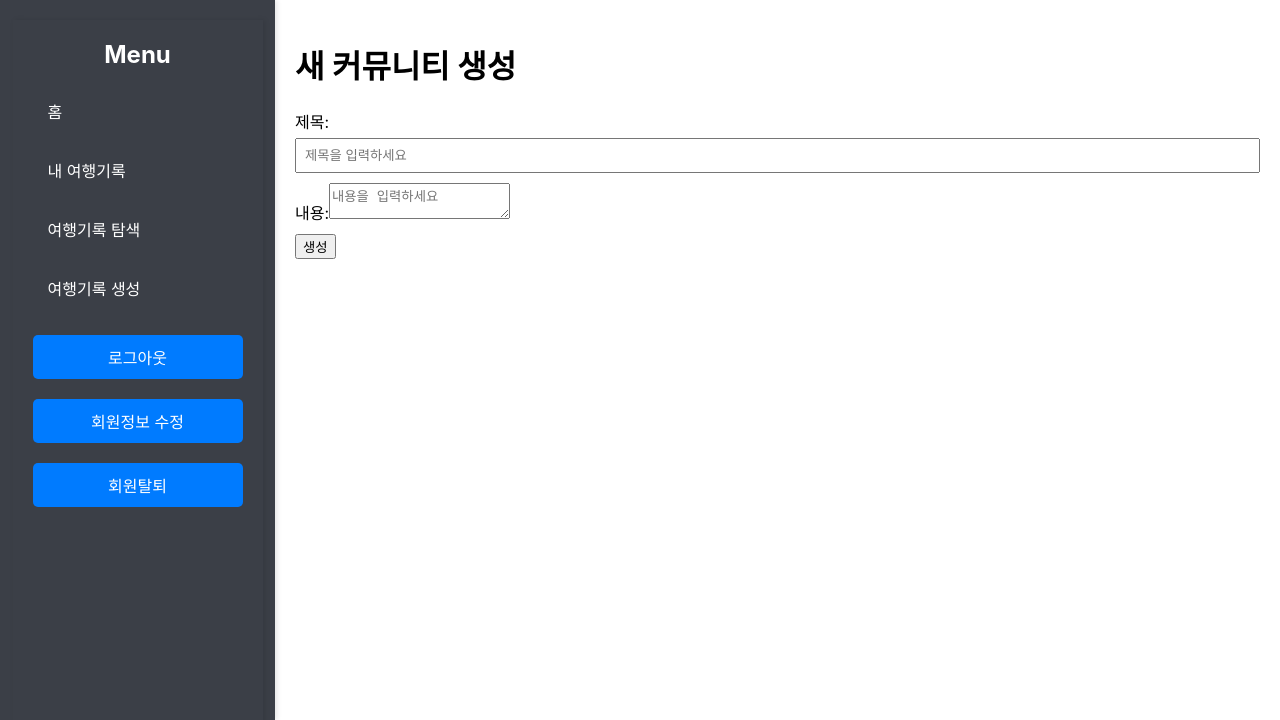
Repository: gimm5550/frontend2
Page: /new_community
An editor plug-in stored every save of this project. The page is shown before and after the next save, followed by the edit.
The browser window is 1280 px wide. The pictures show the whole page.
The project was rebuilt for these pictures with package versions that can differ from the ones it lists, and the page was loaded fresh each time. Also part of the build but not shown: src/url.js, src/components/common/KakaoLoginButton.js, src/components/FromServer.js, src/components/common/Footer.js, src/components/common/Header.js, src/components/layout/LandingPageLayout.js, src/components/LoginForm.js, src/components/layout/LoginFormLayout.js and 22 more.

Above is the page before, as saved 2024-11-21 13:25:45.

After the next save:
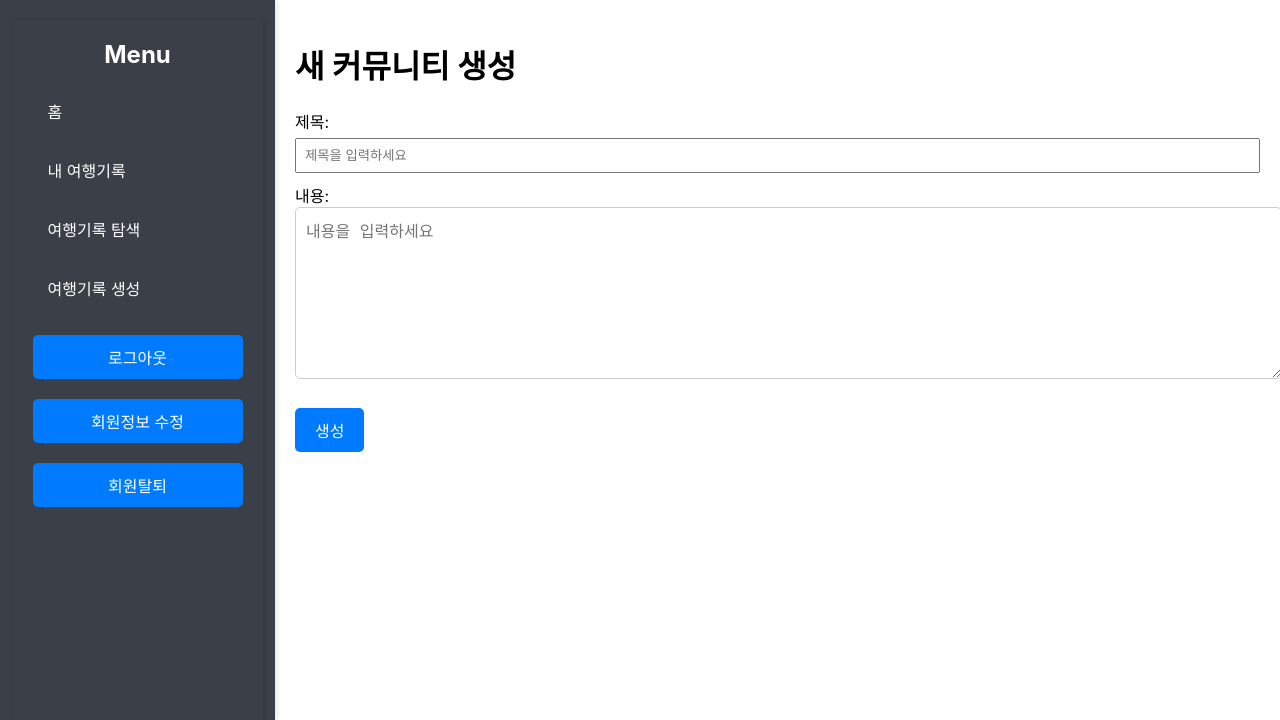
Saved 2 min 1 s later.
--- a/src/App.css
+++ b/src/App.css
@@ -208,6 +208,16 @@
   padding: 20px;
   box-sizing: border-box;
 }
+.google_map {
+  max-width: 600px;
+  margin: 20px auto;
+  padding: 20px;
+  border: 1px solid #ccc;
+  border-radius: 10px;
+  background-color: #e0f7fa;
+  text-align: center;
+}
+
 .main_post {
   max-width: 600px;
   margin: 20px auto;
@@ -216,7 +226,8 @@
   border-radius: 10px;
   background-color: #f9f9f9;
 }
-.main_post textarea {
+
+textarea {
   width: 100%;
   height: 150px;
   margin-bottom: 15px;
@@ -225,10 +236,13 @@
   border: 1px solid #ccc;
   border-radius: 5px;
 }
-.main_post input[type="file"] {
+
+input[type="file"] {
+  display: block;
   margin-bottom: 15px;
 }
-.main_post button {
+
+button {
   padding: 10px 20px;
   font-size: 16px;
   background-color: #007bff;
@@ -237,6 +251,7 @@
   border-radius: 5px;
   cursor: pointer;
 }
-.main_post button:hover {
+
+button:hover {
   background-color: #0056b3;
 }

After the save that followed:
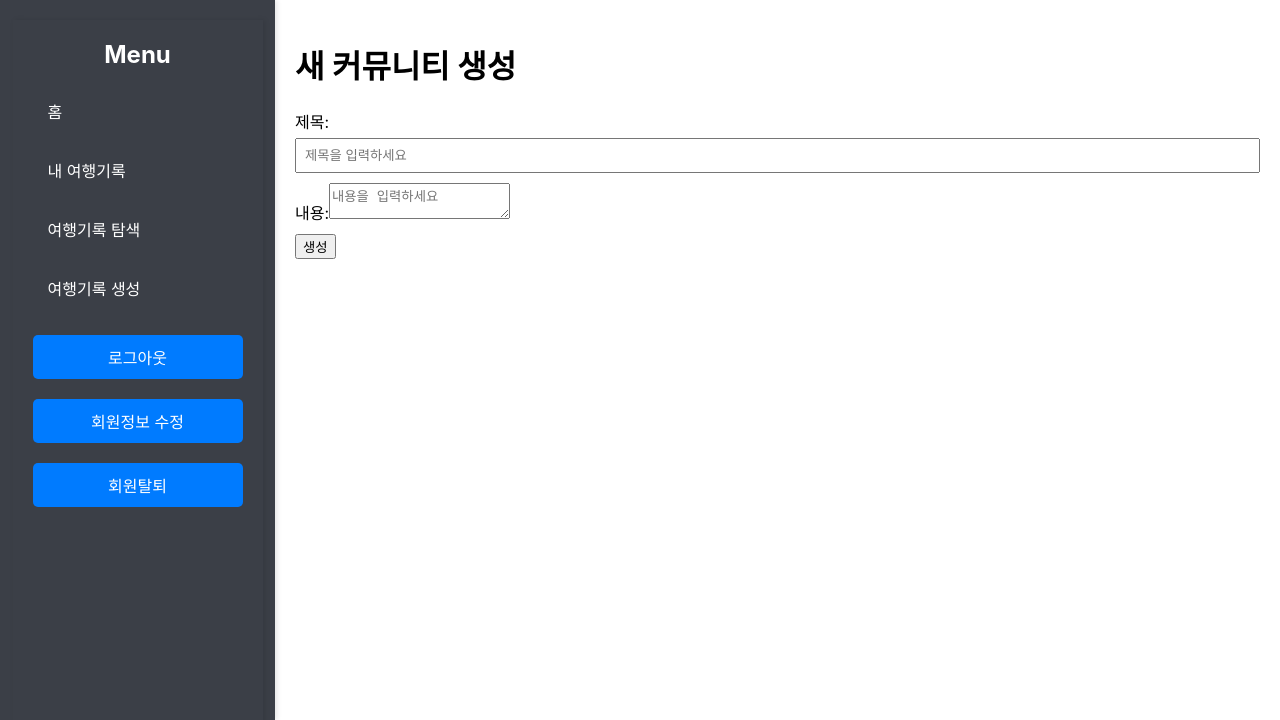
Saved 24 s later.
--- a/src/App.css
+++ b/src/App.css
@@ -208,16 +208,6 @@
   padding: 20px;
   box-sizing: border-box;
 }
-.google_map {
-  max-width: 600px;
-  margin: 20px auto;
-  padding: 20px;
-  border: 1px solid #ccc;
-  border-radius: 10px;
-  background-color: #e0f7fa;
-  text-align: center;
-}
-
 .main_post {
   max-width: 600px;
   margin: 20px auto;
@@ -226,8 +216,7 @@
   border-radius: 10px;
   background-color: #f9f9f9;
 }
-
-textarea {
+.main_post textarea {
   width: 100%;
   height: 150px;
   margin-bottom: 15px;
@@ -236,13 +225,10 @@
   border: 1px solid #ccc;
   border-radius: 5px;
 }
-
-input[type="file"] {
-  display: block;
+.main_post input[type="file"] {
   margin-bottom: 15px;
 }
-
-button {
+.main_post button {
   padding: 10px 20px;
   font-size: 16px;
   background-color: #007bff;
@@ -251,7 +237,6 @@
   border-radius: 5px;
   cursor: pointer;
 }
-
-button:hover {
+.main_post button:hover {
   background-color: #0056b3;
 }
